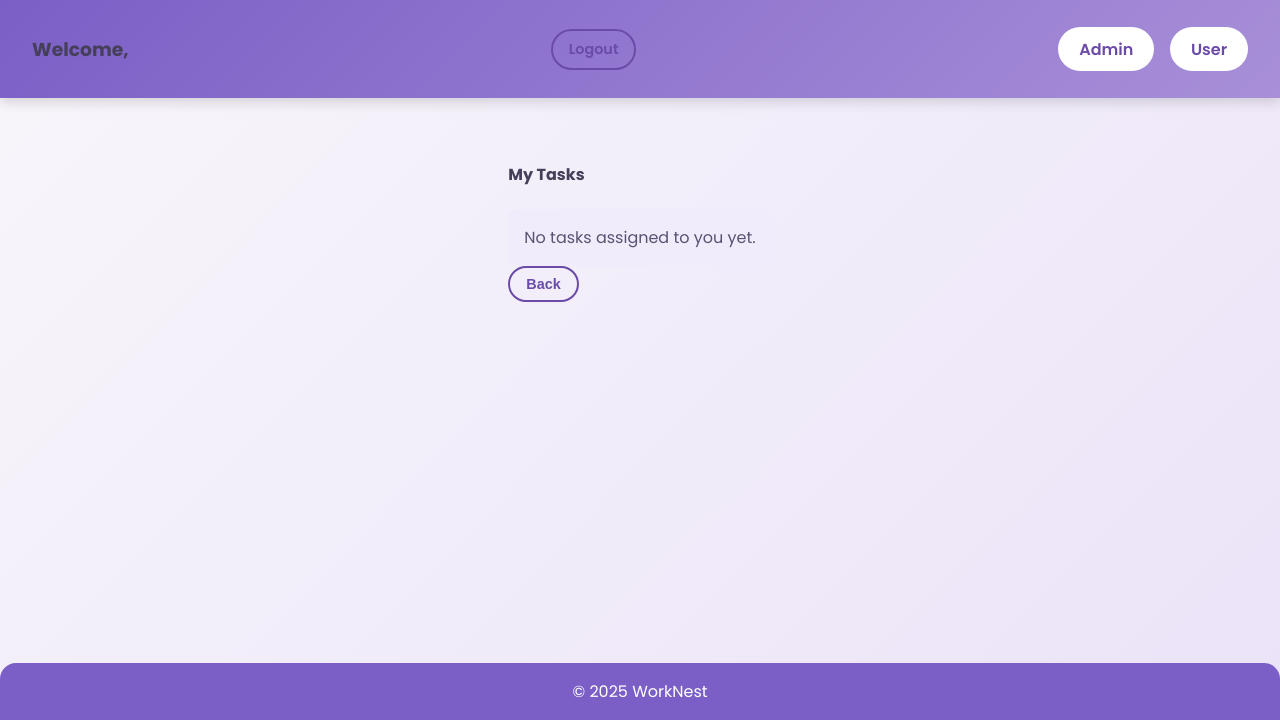
Repository: Sourav5harma/WiproProject
Page: http://localhost/WorkNestApp/WEB-INF/jsp/user-dashboard.jsp
These files come from the project's save history. The page is drawn as it stood at one moment and after the next save; the edit follows.
The browser window is 1280 px wide. The pictures show the whole page.
The page is served by Tomcat 9. Nobody is signed in. The template is opened directly, without the code that normally fills it, so the values that code supplies are empty.

Above is the page before, as saved 2025-08-27 19:04:44.

After the next save:
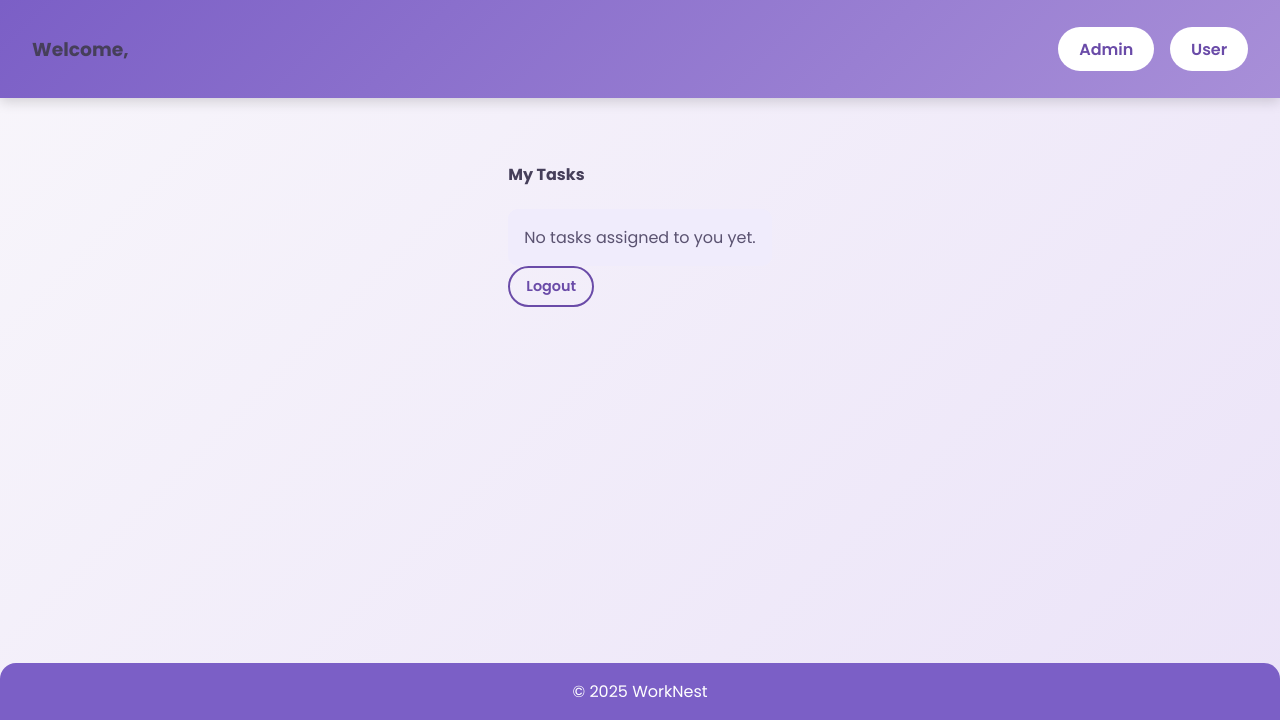
Saved 5 min 1 s later.
--- a/WorkNestApp/src/main/webapp/WEB-INF/jsp/user-dashboard.jsp
+++ b/WorkNestApp/src/main/webapp/WEB-INF/jsp/user-dashboard.jsp
@@ -154,7 +154,7 @@
   <!-- NAVBAR -->
   <nav>
     <h3>Welcome, ${user.name}</h3>
-    <a class="btn btn-outline" href="<c:url value='/user/logout'/>">Logout</a>
+
 
     <div class="actions">
       <a href="<c:url value='/admin/login'/>">Admin</a>
@@ -203,7 +203,7 @@
       </div>
     </c:forEach>
 
-    <button type="button" class="btn btn-outline" onclick="history.back()">Back</button>
+    <a class="btn btn-outline" href="<c:url value='/user/logout'/>">Logout</a>
   </div>
 
   <!-- FOOTER -->
